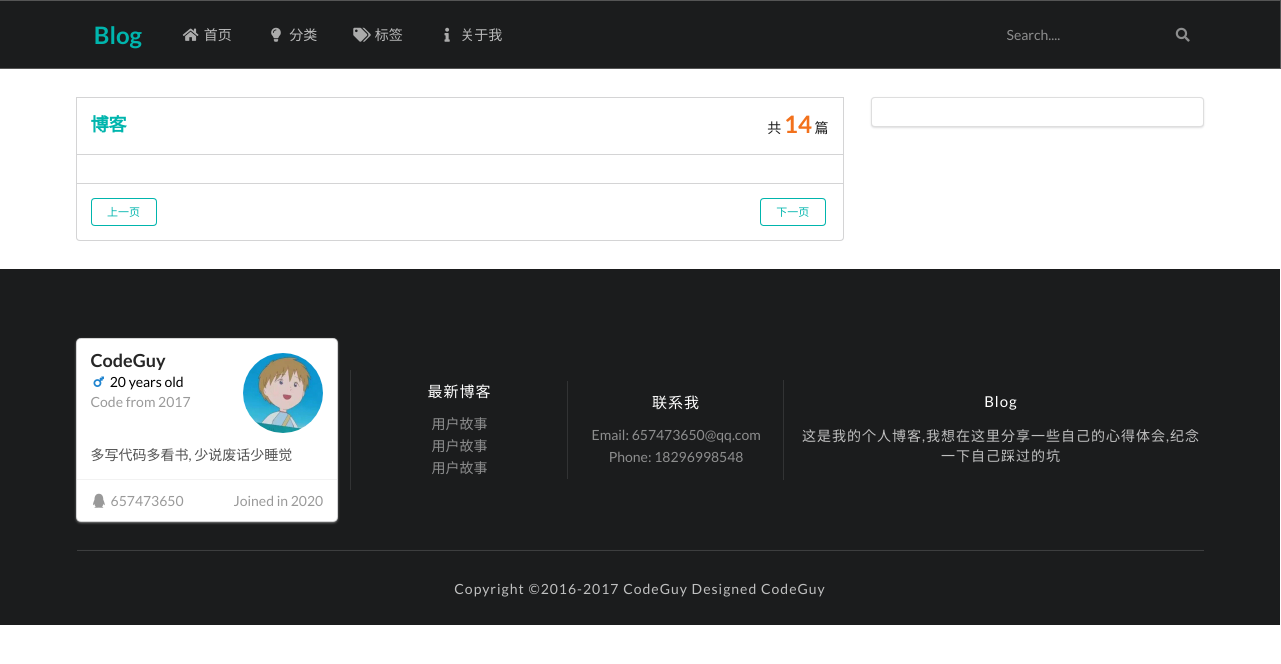
Repository: GOGOHQ/myblog
Page: index.html
These files come from the project's save history. The page is drawn as it stood at one moment and after the next save; the edit follows.
The browser window is 1280 px wide. The page is 1281 px wide, so the pictures cover 1281 px, including what lies to the right of the window. The pictures show the whole page.
Some web libraries are served in a nearby version.

Above is the page before, as saved 2020-01-16 19:15:05.

After the next save:
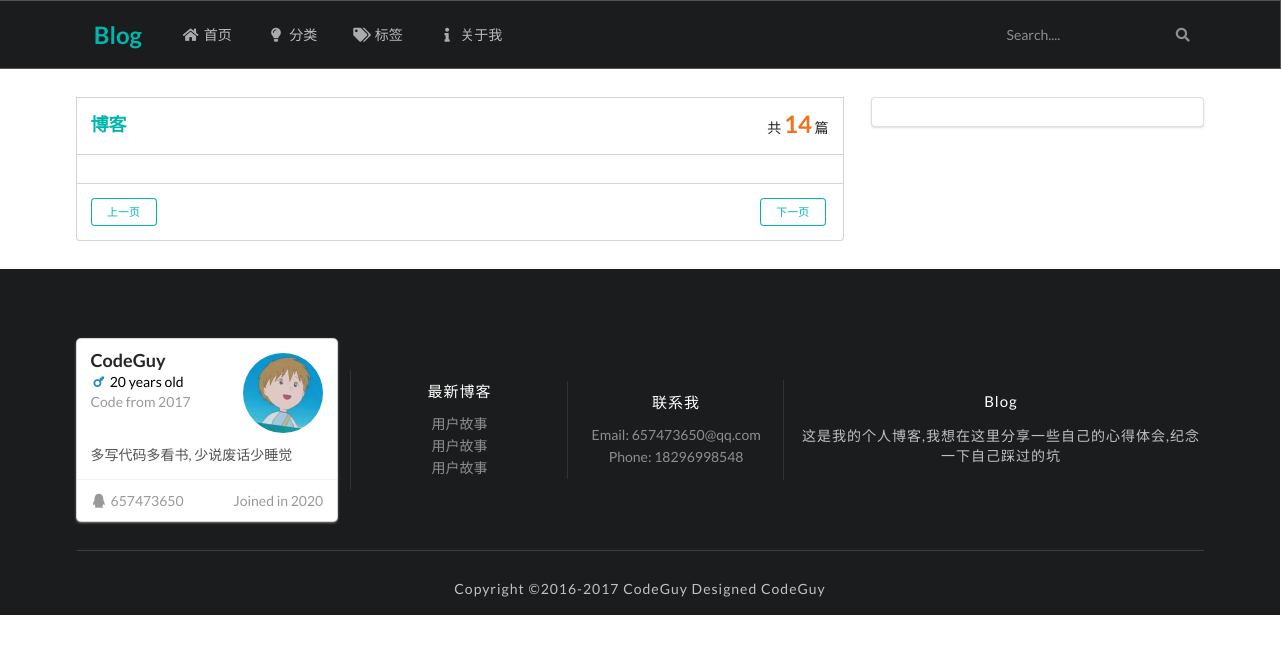
Saved 6 s later.
--- a/index.html
+++ b/index.html
@@ -69,7 +69,7 @@
 </div>
 <!-- 底部 -->
 <footer class="ui inverted vertical segment m-padded-tb-massive">
-    <div class="ui center aligned container" style="height:230px">
+    <div class="ui center aligned container" style="height:220px">
         <div class="ui center aligned inverted divided grid fluid">
             <div class="four wide column left aligned">
                 <div class="ui card">

After the save that followed:
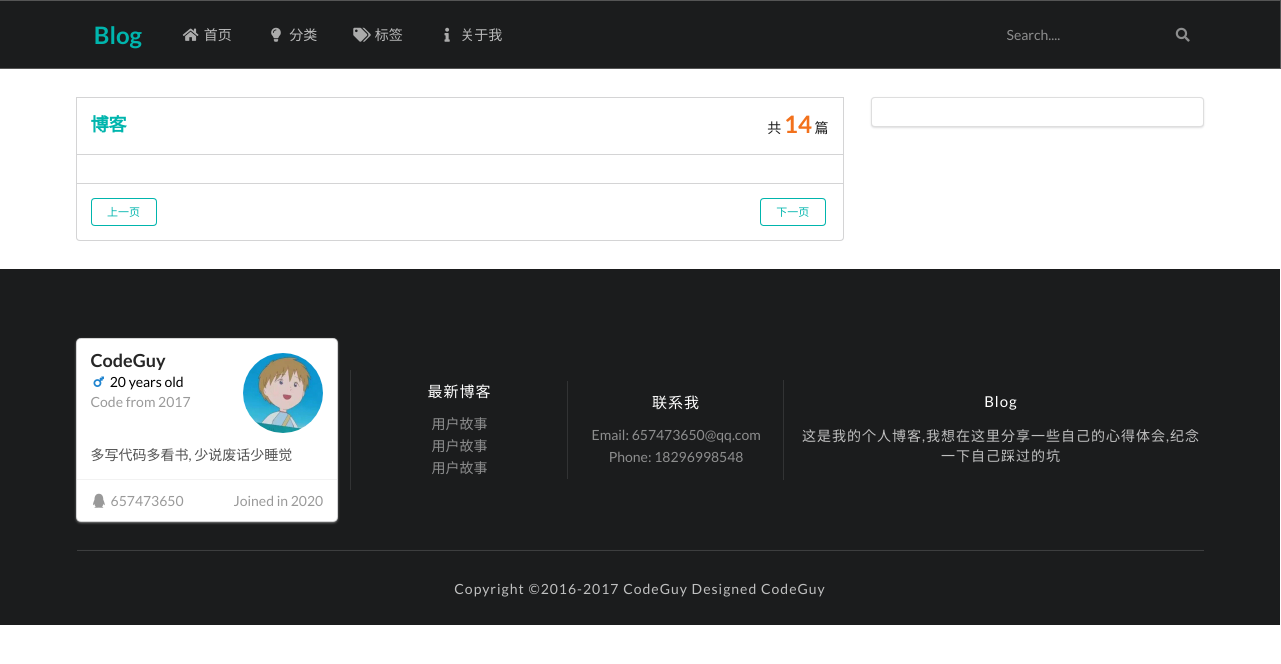
Saved 12 s later.
--- a/index.html
+++ b/index.html
@@ -69,7 +69,7 @@
 </div>
 <!-- 底部 -->
 <footer class="ui inverted vertical segment m-padded-tb-massive">
-    <div class="ui center aligned container" style="height:220px">
+    <div class="ui center aligned container" style="height:230px">
         <div class="ui center aligned inverted divided grid fluid">
             <div class="four wide column left aligned">
                 <div class="ui card">
